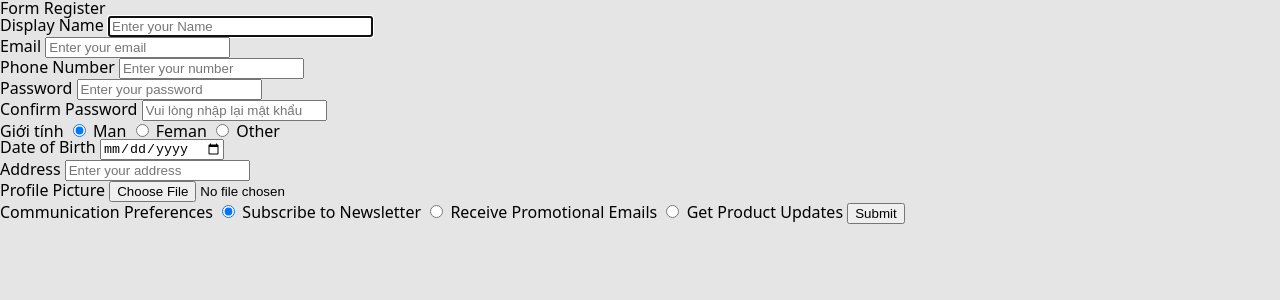
Repository: lannguyen1301/f8-zoom-day-4
Page: form.html
An editor plug-in stored every save of this project. The page is shown before and after the next save, followed by the edit.
The browser window is 1280 px wide. The pictures show the whole page.

Above is the page before, as saved 2025-04-19 22:35:25.

### form.html
<!DOCTYPE html>
<html lang="en">

<head>
    <meta charset="UTF-8">
    <meta name="viewport" content="width=device-width, initial-scale=1.0">
    <title>Form Register</title>
    <link rel="stylesheet" href="./assets/css/reset.css">
    <link rel="stylesheet" href="./assets/css/style.css">
    <link rel="stylesheet" href="./assets/css/form-resgiter.css">
</head>

<body>
    <h1 >Form Register</h1>
    <form action="https://api-gateway.fullstack.edu.vn/action_page.php" method="post" autocomplete="off">
        <div class="form-group">
            <label for="name">Display Name</label>
            <input type="text" name="name" id="name" maxlength="20" minlength="5" pattern="[A-Za-z0-9]+" size="30"
                placeholder="Enter your Name" required autocomplete="on" spellcheck="false" readonly autofocus>
        </div>

        <div class="form-group">
            <label for="email">Email</label>
            <input type="email" name="email" id="email" placeholder="Enter your email" required
                pattern="[a-z0-9._%+-]+@[a-z0-9.-]+\.[a-z]{2,}$" autocomplete="on" spellcheck="false" inputmode="email"
                onchange="alert('Email của bạn đã thay đổi!')">
        </div>

        <div class="form-group">
            <label for="phone">Phone Number</label>
            <input type="tel" name="phone" id="phone" placeholder="Enter your number" required
                pattern="^\+?[0-9]{10,15}$" maxlength="15" minlength="10" autocomplete="tel"
                onchange="alert('Số điện thoại của bạn đã thay đổi!')" inputmode="tel">
        </div>

        <div class="form-group">
            <label for="password">Password</label>
            <input type="password" name="password" id="password" placeholder="Enter your password" readonly required
                maxlength="20" minlength="8" pattern="(?=.*\d)(?=.*[a-z])(?=.*[A-Z])(?=.*[@#$%^&+=]).{8,}"
                autocomplete="current-password" autofocus spellcheck="false">
        </div>

        <div class="form-group">
            <label for="confirm-password">Confirm Password</label>
            <input type="password" name="confirm-password" id="confirm-password"
                placeholder="Vui lòng nhập lại mật khẩu" required autocomplete="new-password" maxlength="20"
                minlength="8">
        </div>

        <div class="form-group">
            <label for=""> Giới tính</label>
            <input type="radio" name="gender" id="male" value="male" required autofocus checked>
            <label for="male">Man</label>
            <input type="radio" name="gender" id="female" value="female" required autofocus>
            <label for="female">Feman</label>
            <input type="radio" name="gender" id="other" value="other" required autofocus>
            <label for="other">Other</label>
        </div>

        <div class="form-group">
            <label for="birthday">Date of Birth</label>
            <input type="date" name="birthday" id="birthday" required autocomplete="bday-day" min="1900-01-01" max="">
        </div>

        <div class="form-group">
            <label for="address">Address</label>
            <input type="text" name="address" id="address" placeholder="Enter your address" readonly autofocus
                spellcheck="false" pattern="[A-Za-z0-9\s,]+">
        </div>

        <div class="form-group">
            <label for="profile">Profile Picture</label>
            <input type="file" name="profile" id="profile" required accept="image/*" autofocus>
        </div>

        <div class="form-group">
            <label for="">Communication Preferences</label>
            <input type="radio" name="preferences" id="newsletter" required checked>
            <label for="newsletter">Subscribe to Newsletter</label>
            <input type="radio" name="preferences" id="promotional" required>
            <label for="promotional">Receive Promotional Emails</label>
            <input type="radio" name="preferences" id="update" required>
            <label for="update">Get Product Updates</label>
            <button type="submit" class="btn">Submit</button>
        </div>
    </form>
</body>

</html>

### assets/css/style.css
* {
    box-sizing: border-box;
}

body {
    margin: 0 auto;
    font-size: 16px;
    font-family: system-ui, "Segoe UI", Roboto, Helvetica, Arial, sans-serif,
        "Apple Color Emoji", "Segoe UI Emoji", "Segoe UI Symbol";
    background-color: #e6e5e5;
}

a {
    text-decoration: none;
}

.content {
    max-width: 764px;
    margin: inherit;
    padding: 20px 66px;
    background-color: #fff;
}

.top-desc {
    margin: 22px 0 35px;
    text-align: center;
}

.title-desc {
    /* margin: 30px 0; */
    font-size: 32px;
    color: #020202;
    font-weight: 900;
    text-align: center;
}

.list {
    margin: 20px 0;
    text-align: center;
    font-size: 16px;
    color: green;
    font-weight: 500;
}

.item {
    display: inline-block;
    margin: 0 20px;
    font-weight: 900;
    font-size: 1.5rem;
}

.link {
    color: inherit;
    padding: 10px;
}

.item:hover > .link {
    color: orange;
    background-color: #fafafa;
    padding: 10px;
    border-radius: 5px;
}

.infor-desc {
    margin-top: 8px;
    color: #020202;
}

.work-experience {
    text-transform: uppercase;
    font-weight: 500;
}

.company-top {
    width: 100%;
    margin-top: 16px;
    text-align: justify;
    display: flex;
    justify-content: space-between;
}

.company-left {
    display: inline-block;
}

.company-right {
    display: inline-block;
}

.company-left,
.company-right {
    font-weight: 500;
}

.company-bottom {
    margin-top: 20px;
}

.company-list {
    list-style: disc;
    margin-left: 28px;
    font-size: 13px;
    text-align: justify;
    line-height: 1.4;
}

.h2-desc {
    margin-top: 16px;
}

.company-bolt {
    font-weight: 500;
}

Loaded but not shown: assets/css/reset.css (common file); assets/css/form-resgiter.css (no stored copy; drawn as an empty file)

After the next save:
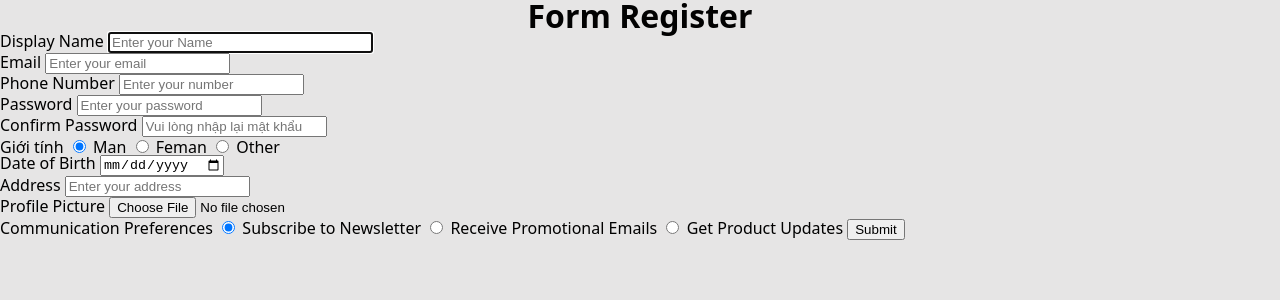
Saved 10 s later.
--- a/form.html
+++ b/form.html
@@ -11,7 +11,7 @@
 </head>
 
 <body>
-    <h1 >Form Register</h1>
+    <h1 class="title-desc">Form Register</h1>
     <form action="https://api-gateway.fullstack.edu.vn/action_page.php" method="post" autocomplete="off">
         <div class="form-group">
             <label for="name">Display Name</label>
